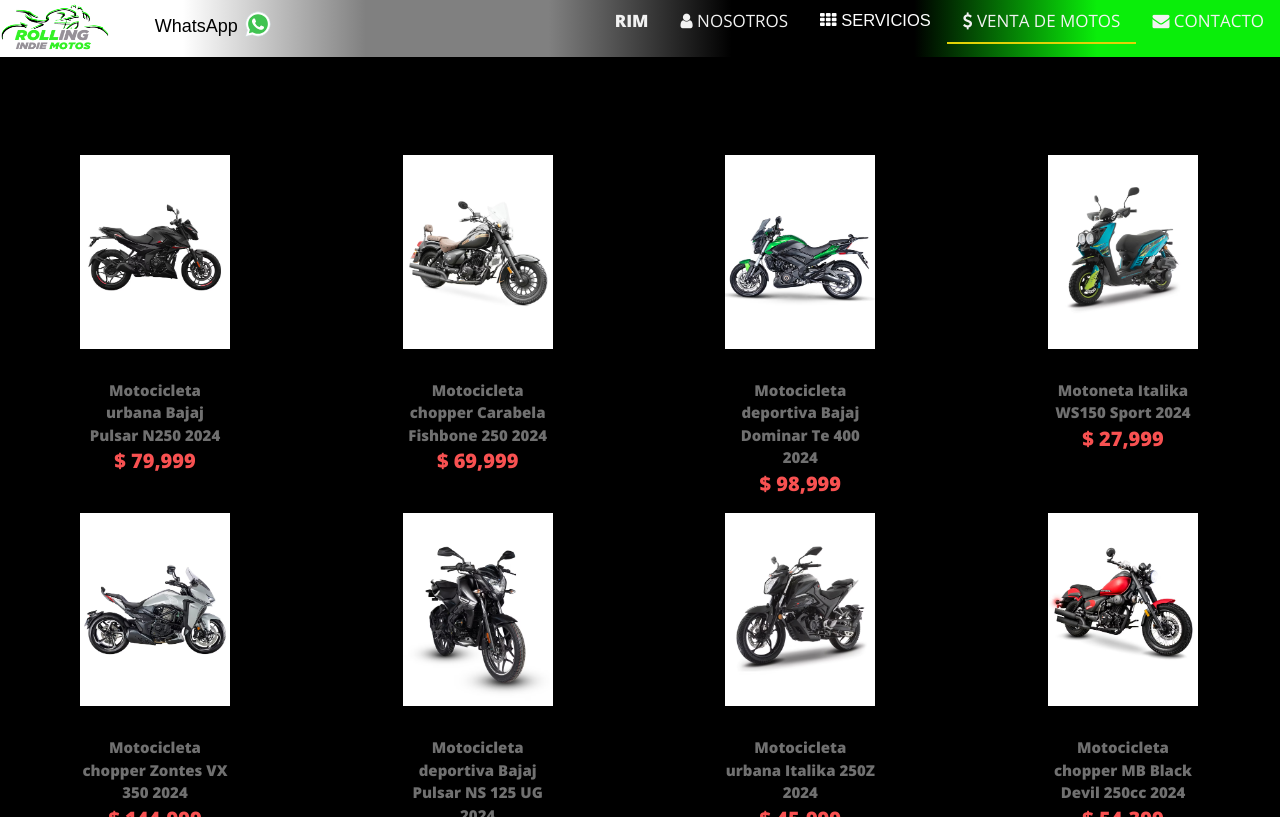
Repository: UVMCoyoacan/eq03_sitio1
Page: 4.0 venta-de-motos.html
The author's editor kept a copy of each file at every save. The page is drawn from the files as they stood at one save, then again after the next save.
The browser window is 1280 px wide. The pictures show the part of the page from y = 0 to 817 px (the page is 1337 px tall before and 1237 px after).
A picture or video elsewhere on the page could not be fetched, so the positions and the page height are approximate.

Above is the page before, as saved 2024-04-12 19:53:28.

### 4.0 venta-de-motos.html
<!DOCTYPE html>
<html>
<head>
<title>Rolling Indie Motors/ Venta de motos</title>
<meta charset="UTF-8">
<meta name="viewport" content="width=device-width, initial-scale=1">
<link rel="stylesheet" href="https://www.w3schools.com/w3css/4/w3.css">
<link rel="stylesheet" href="https://fonts.googleapis.com/css?family=Raleway">
<link rel="stylesheet" href="https://cdnjs.cloudflare.com/ajax/libs/font-awesome/4.7.0/css/font-awesome.min.css">
<link rel="stylesheet" href="https://fonts.googleapis.com/icon?family=Material+Icons">
<link rel="stylesheet" href="Estilos/4.0 ventademotos.css">
<link href="Ims/logo.png" rel="shortcut icon">
  <!--////////////////////////////////// Mandar a llamr el css ////////////////////////////////-->
<link rel="stylesheet" href="Estilos/0.0 terminos-y-condiciones.css">


</head>
<body>
  <br><br>

<!-----------CONTENIDO VENTA DE MOTOS--------------------------------------------------------------------------->

<section class="contenido">
  <div class="mostrador" id="mostrador">
      <div class="fila">
          <div class="item" onclick="cargar(this)">
              <div class="contenedor-foto">
                  <img src="Ims/ventademotos/1.avif" alt="">
              </div>
              <p class="descripcion">Motocicleta urbana Bajaj Pulsar N250 2024</p>
              <span class="precio">$ 79,999</span>
          </div>
          <div class="item" onclick="cargar(this)">
              <div class="contenedor-foto">
                  <img src="Ims/ventademotos/2.avif" alt="">
              </div>
              <p class="descripcion" id>Motocicleta chopper Carabela Fishbone 250 2024 </p>
              <span class="precio">$ 69,999</span>
          </div>
          <div class="item" onclick="cargar(this)">
              <div class="contenedor-foto">
                  <img src="Ims/ventademotos/3.avif" alt="">
              </div>
              <p class="descripcion">Motocicleta deportiva Bajaj Dominar Te 400 2024</p>
              <span class="precio">$ 98,999</span>
          </div>
          <div class="item" onclick="cargar(this)">
              <div class="contenedor-foto">
                  <img src="Ims/ventademotos/4.avif" alt="">
              </div>
              <p class="descripcion">Motoneta Italika WS150 Sport 2024</p>
              <span class="precio">$ 27,999</span>
          </div>
      </div>
    <br>
    <br>
    <br>
      <div class="fila">
          <div class="item" onclick="cargar(this)">
              <div class="contenedor-foto">
                  <img src="Ims/ventademotos/5.avif" alt="">
              </div>
              <p class="descripcion">Motocicleta chopper Zontes VX 350 2024</p>
              <span class="precio">$ 144,999</span>
          </div>
          <div class="item" onclick="cargar(this)">
              <div class="contenedor-foto">
                  <img src="Ims/ventademotos/6.avif" alt="">
              </div>
              <p class="descripcion">Motocicleta deportiva Bajaj Pulsar NS 125 UG 2024</p>
              <span class="precio">$ 47,999</span>
          </div>
          <div class="item" onclick="cargar(this)">
              <div class="contenedor-foto">
                  <img src="Ims/ventademotos/7.avif" alt="">
              </div>
              <p class="descripcion">Motocicleta urbana Italika 250Z 2024</p>
              <span class="precio">$ 45,999</span>
          </div>
          <div class="item" onclick="cargar(this)">
              <div class="contenedor-foto">
                  <img src="Ims/ventademotos/8.avif" alt="">
              </div>
              <p class="descripcion">Motocicleta chopper MB Black Devil 250cc 2024</p>
              <span class="precio">$ 54,399</span>
          </div>
      </div>
  </div>
  <!-- CONTENEDOR DEL ITEM SELECCIONADO -->
  <div class="seleccion" id="seleccion">
      <div class="cerrar" onclick="cerrar()">
          &#x2715
      </div>
      <div class="info">
          <img src="img/1.png" alt="" id="img">
          <h2 id="modelo">NIKE MODEL 1</h2>
          <p id="descripcion">Descripción Modelo 1</p>
          <span class="precio" id="precio">$ 130</span>
          <div class="fila">
          </div>
      </div>
  </div>
</section>

<script src="js/4.0 ventademotos.js"></script>

<!-- Navbar (sit on top) -->
<div class="w3-top">
  <div class="w3-bar w3-card navbar estil-letr" id="myNavbar">
    <img src="Ims/logo.png" class="img-logo">
    <button class="button2" onclick="redirigir()">
      WhatsApp
      <svg viewBox="0 0 48 48" y="0px" x="0px" xmlns="http://www.w3.org/2000/svg">
      <path d="M4.868,43.303l2.694-9.835C5.9,30.59,5.026,27.324,5.027,23.979C5.032,13.514,13.548,5,24.014,5c5.079,0.002,9.845,1.979,13.43,5.566c3.584,3.588,5.558,8.356,5.556,13.428c-0.004,10.465-8.522,18.98-18.986,18.98c-0.001,0,0,0,0,0h-0.008c-3.177-0.001-6.3-0.798-9.073-2.311L4.868,43.303z" fill="#fff"></path><path d="M4.868,43.803c-0.132,0-0.26-0.052-0.355-0.148c-0.125-0.127-0.174-0.312-0.127-0.483l2.639-9.636c-1.636-2.906-2.499-6.206-2.497-9.556C4.532,13.238,13.273,4.5,24.014,4.5c5.21,0.002,10.105,2.031,13.784,5.713c3.679,3.683,5.704,8.577,5.702,13.781c-0.004,10.741-8.746,19.48-19.486,19.48c-3.189-0.001-6.344-0.788-9.144-2.277l-9.875,2.589C4.953,43.798,4.911,43.803,4.868,43.803z" fill="#fff"></path><path d="M24.014,5c5.079,0.002,9.845,1.979,13.43,5.566c3.584,3.588,5.558,8.356,5.556,13.428c-0.004,10.465-8.522,18.98-18.986,18.98h-0.008c-3.177-0.001-6.3-0.798-9.073-2.311L4.868,43.303l2.694-9.835C5.9,30.59,5.026,27.324,5.027,23.979C5.032,13.514,13.548,5,24.014,5 M24.014,42.974C24.014,42.974,24.014,42.974,24.014,42.974C24.014,42.974,24.014,42.974,24.014,42.974 M24.014,42.974C24.014,42.974,24.014,42.974,24.014,42.974C24.014,42.974,24.014,42.974,24.014,42.974 M24.014,4C24.014,4,24.014,4,24.014,4C12.998,4,4.032,12.962,4.027,23.979c-0.001,3.367,0.849,6.685,2.461,9.622l-2.585,9.439c-0.094,0.345,0.002,0.713,0.254,0.967c0.19,0.192,0.447,0.297,0.711,0.297c0.085,0,0.17-0.011,0.254-0.033l9.687-2.54c2.828,1.468,5.998,2.243,9.197,2.244c11.024,0,19.99-8.963,19.995-19.98c0.002-5.339-2.075-10.359-5.848-14.135C34.378,6.083,29.357,4.002,24.014,4L24.014,4z" fill="#cfd8dc"></path><path d="M35.176,12.832c-2.98-2.982-6.941-4.625-11.157-4.626c-8.704,0-15.783,7.076-15.787,15.774c-0.001,2.981,0.833,5.883,2.413,8.396l0.376,0.597l-1.595,5.821l5.973-1.566l0.577,0.342c2.422,1.438,5.2,2.198,8.032,2.199h0.006c8.698,0,15.777-7.077,15.78-15.776C39.795,19.778,38.156,15.814,35.176,12.832z" fill="#40c351"></path><path clip-rule="evenodd" d="M19.268,16.045c-0.355-0.79-0.729-0.806-1.068-0.82c-0.277-0.012-0.593-0.011-0.909-0.011c-0.316,0-0.83,0.119-1.265,0.594c-0.435,0.475-1.661,1.622-1.661,3.956c0,2.334,1.7,4.59,1.937,4.906c0.237,0.316,3.282,5.259,8.104,7.161c4.007,1.58,4.823,1.266,5.693,1.187c0.87-0.079,2.807-1.147,3.202-2.255c0.395-1.108,0.395-2.057,0.277-2.255c-0.119-0.198-0.435-0.316-0.909-0.554s-2.807-1.385-3.242-1.543c-0.435-0.158-0.751-0.237-1.068,0.238c-0.316,0.474-1.225,1.543-1.502,1.859c-0.277,0.317-0.554,0.357-1.028,0.119c-0.474-0.238-2.002-0.738-3.815-2.354c-1.41-1.257-2.362-2.81-2.639-3.285c-0.277-0.474-0.03-0.731,0.208-0.968c0.213-0.213,0.474-0.554,0.712-0.831c0.237-0.277,0.316-0.475,0.474-0.791c0.158-0.317,0.079-0.594-0.04-0.831C20.612,19.329,19.69,16.983,19.268,16.045z" fill-rule="evenodd" fill="#fff"></path>
      </svg>
    </button>
    <!--////////////////////////////////// MENU PAG AMPLIADA ////////////////////////////////-->
    <!-- Right-sided navbar links -->
    <div class="w3-right w3-hide-small">
      <a href="1.0 pag.prin.html"
      class="w3-bar-item w3-button"><b>RIM</b></a>
      <a href="2.0 nosotros.html" class="w3-bar-item w3-button"><i class="fa fa-user"></i> NOSOTROS</a>
      <div class="w3-dropdown-hover">
        <button class="w3-button" style="color: white;font-family:sans-serif;font-size: 16.5px;"><i class="fa fa-th"></i> SERVICIOS</button>
        <div class="w3-dropdown-content w3-bar-block w3-border">
          <a href="3.0 servi-mantenimiento.html" class="w3-bar-item w3-button secc-uno"> MANTENIMIENTO</a>
          <a href="3.1 servi-scanner.html" class="w3-bar-item w3-button secc-dos"> SCANNER</a>
          <a href="3.2 servi-refacciones.html" class="w3-bar-item w3-button secc-tres"> REFACCIONES</a>
        </div>
      </div>
      <a href="4.0 venta-de-motos.html" class="w3-bar-item w3-button" style="border-bottom: 2px solid rgb(226, 211, 6)"><i class="fa fa-usd"></i> VENTA DE MOTOS</a>
      <a href="5.0 contacto.html" class="w3-bar-item w3-button"><i class="fa fa-envelope"></i> CONTACTO</a>
    </div>
  <!--////////////////////////////////// ACOPLE A PANTALLAS PEQUES ////////////////////////////////-->
    <!-- Hide right-floated links on small screens and replace them with a menu icon -->
    <a href="javascript:void(0)" class="w3-bar-item w3-button w3-right w3-hide-large w3-hide-medium"
    onclick="w3_open()">
      <i class="fa fa-bars"></i>
    </a>
  </div>
</div>
  <!--////////////////////////////////// MENU CEL ////////////////////////////////-->
<!-- Sidebar on small screens when clicking the menu icon -->
<nav class="w3-sidebar w3-bar-block w3-black w3-card w3-animate-left w3-hide-medium w3-hide-large"
style="display:none" id="mySidebar">
  <a href="javascript:void(0)" onclick="w3_close()" class="w3-bar-item w3-button w3-large w3-padding-16">Cerrar ×</a>
  <a href="1.0 pag.prin.html" onclick="w3_close()" class="w3-bar-item w3-button">RIM</a>
  <a href="2.0 nosotros.html" onclick="w3_close()" class="w3-bar-item w3-button">NOSOTROS</a>
  <div class="w3-dropdown-hover">
    <button class="w3-button" style="color: white;font-family:sans-serif;font-size: 16.5px;">SERVICIOS</button>
    <div class="w3-dropdown-content w3-bar-block w3-border">
      <a href="3.0 servi-mantenimiento.html" onclick="w3_close()" class="w3-bar-item w3-button secc-uno"> MANTENIMIENTO </a>
      <a href="3.1 servi-scanner.html" onclick="w3_close()" class="w3-bar-item w3-button secc-dos"> SCANNER</a>
      <a href="3.2 servi-refacciones.html" onclick="w3_close()" class="w3-bar-item w3-button secc-tres"> REFACCIONES</a>
    </div>
  </div>
  <a href="4.0 venta-de-motos.html" onclick="w3_close()" class="w3-bar-item w3-button" style="border-bottom: 2px solid rgb(226, 211, 6)">VENTA DE MOTOS</a>
  <a href="5.0 contacto.html" onclick="w3_close()" class="w3-bar-item w3-button">CONTACTO</a>
</nav>
<!--////////////////////////////////// INFO DE LA PAG ////////////////////////////////-->
<br><br><br>
<!-----------------------------------------------------ZONA DEL PIE DE PAGINA------------------------------------------->
<!-- Footer -->
<footer class="w3-center fondo-footer w3-padding-16">
    <br>
  <div class="w3-half">
    <img src="Ims/logo.png" class="img-footer margen-dere">
  </div>
  <p class="margen-izq">Siguenos en nuestras redes:</p>
  <div class="w3-xlarge w3-section margen-izq">
    <a href=""><i class="fa fa-facebook-official w3-hover-opacity"></i></a>
    <a href=""><i class="fa fa-instagram w3-hover-opacity"></i></a>
    <i class="fa fa-snapchat w3-hover-opacity"></i>
    <i class="fa fa-pinterest-p w3-hover-opacity"></i>
    <i class="fa fa-twitter w3-hover-opacity"></i>
    <i class="fa fa-linkedin w3-hover-opacity"></i>
    <img src="Ims/" alt="">
  </div>
  <p>Diseñada por <a href="mailto:zeus_ab@outlook.com" title="W3.CSS" target="_blank" class="w3-hover-text-green">Equipo 3</a></p>
  <ul>
    <a href="0.1 aviso-de-privacidad.html">Aviso de Privacidad</a>
    |
    <a href="0.0 terminos-y-condiciones.html">Terminos y Condiciones</a>
    |
    <a href="mailto:rindiemotos@gmail.com">Correo Electronico</a>
  </ul>
  <p>© 2024 Rolling Motors | Todos los derechos reservados | Ciencias 67, Escandón I Secc, Miguel Hidalgo, 11800 Ciudad de México, CDMX</p>

</footer>

<script src="js/0.0 terminos-y-condiciones.js"></script>
</body>
</html>

### Estilos/4.0 ventademotos.css
@import url('https://fonts.googleapis.com/css2?family=Open+Sans:wght@300;400;800&display=swap');
*{
    margin: 0;
    padding: 0;
    box-sizing: border-box;
    font-family: 'Open Sans';
}
.contenido{
    max-width: 1200px;
    width: 100%;
    margin: 50px auto;
    display: flex;
}
.mostrador{
    width: 100%;
    transition: .5s ease;
}
.mostrador .fila{
    width: 100%;
    display: flex;
    justify-content: space-between;
    margin-bottom: 40px;
}

.mostrador .fila .item{
    max-width: 210px;
    padding: 30px;
    height: 250px;
    /*border: 2px solid red;*/
    text-align: center;
    margin: 0 10px;
    cursor: pointer;
    border-radius: 5px;
    transition: .3s;
}
.mostrador .fila .item:hover{
    background-color: #e6e6e6;
}
.mostrador .fila .item img{
    width: 100%;
    margin: 30px 0;
}
.mostrador .fila .item .descripcion{
    color: #707070;
    font-weight: bold;
}
.mostrador .fila .item .precio{
    color: #f85151;
    font-weight: bold;
    font-size: 20px;
}
.seleccion{
    transition: .1s ease;
    opacity: 0;
    width: 0%;
    border: 1px solid #ccc;
    position: relative;
    display: flex;
    flex-direction: column;
    justify-content: center;
    overflow: hidden;
}
.cerrar{
    position: absolute;
    right: 0;
    top: 20px;
    right: 20px;
    cursor: pointer;
}

.info{
    padding: 20px;
}
.info img{
    display: block;
    margin: 30px auto;
    width: 80%;
}
.info h2{
    color: #707070;
    margin-bottom: 10px;
}
.info p{
    font-size: 14px;
    color: #707070;
    margin-bottom: 10px;
}
.info .precio{
    font-size: 30px;
    font-weight: bold;
    color: #f85151;
    margin-bottom: 10px;
    display: block;
}
.info .fila{
    display: flex;
    align-items: flex-end;
}
.info .fila label{
    display: block;
    margin-bottom: 10px;
}
.info .fila select{
    width: 100px;
    font-size: 18px;
    padding: 6px;
    margin-right: 30px;
}

### Estilos/0.0 terminos-y-condiciones.css
/*/////////////////////////////   cuerpo de la pag   /////////////////////////////////////*/
body{
    background-color: black;
  }
  /*/////////////////////////////   imagen del logo      /////////////////////////////////////*/
  .img-logo{
      width: 110px !important;
      height: 50px !important;
  }
  .fondo-img{
    background-color:white;
  }
  /*////////////////////////////   Zona del menu       ////////////////////////////////////////////////*/
  .navbar {
      overflow: hidden;
      background: linear-gradient(to right,white,white,grey,grey,black,black,#0aee0a,#0aee0a) !important;
      top: 0%;
      height: 57px;
      width: 100%;

    }

    .navbar a {
      float: right;
      display: block;
      color: #f2f2f2;
      text-align: center;
      padding: 14px 16px;
      text-decoration: none;
      font-size: 17px;
    }

    .navbar a:hover {
      background: #000000;
      color: rgb(255, 255, 255) ;
    }

    .secc-uno{
      color: rgb(1, 255, 1) !important;
    }
    .secc-dos{
      background-color: rgb(1, 255, 1);
      color: black !important;
    }
    .secc-tres{
      background-color: black;
      color: white !important;
    }
    /*///////////////////////////////////////    Estilo de letra y tamaño     ////////*/
    .estil-letr{
      font-family:sans-serif;
    }
    .tam-let{
      font-size: 15px !important;
    }
  /*///////////////////////////////////////    boton whats app ////////*/
  .button2 {
    height: 50px;
    display: inline-block;
    transition: all 0.2s ease-in;
    position: relative;
    overflow: hidden;
    z-index: 1;
    color: black;
    padding: 0.7em 3.3em 0.7em 1.7em;
    font-size: 18px;
    border-radius: 0.5em;
    background:transparent;
    margin-left: 10px;
    border: none #e8e8e8;
    box-shadow: 6px 6px 12px transparent,
               -6px -6px 12px transparent;
  }

  .button2 > svg {
    height: 30px;
    position: absolute;
    padding: 0px 5px;
    margin-top: -4px;
  }

  .button2:active {
    color: #666;
    box-shadow: inset 4px 4px 12px #c5c5c5,
               inset -4px -4px 12px #ffffff;
  }

  .button2:before {
    content: "";
    position: absolute;
    left: 50%;
    transform: translateX(-50%) scaleY(1) scaleX(1.25);
    top: 100%;
    width: 140%;
    height: 180%;
    background-color: rgba(0, 0, 0, 0.05);
    border-radius: 50%;
    display: block;
    transition: all 0.5s 0.1s cubic-bezier(0.55, 0, 0.1, 1);
    z-index: -1;
  }

  .button2:after {
    content: "";
    position: absolute;
    left: 55%;
    transform: translateX(-50%) scaleY(1) scaleX(1.45);
    top: 180%;
    width: 160%;
    height: 190%;
    background-color: #009087;
    border-radius: 50%;
    display: block;
    transition: all 0.5s 0.1s cubic-bezier(0.55, 0, 0.1, 1);
    z-index: -1;
  }

  .button2:hover {
    color: #ffffff;
    border: 1px solid #009087;
  }

  .button2:hover:before {
    top: -35%;
    background-color: #009087;
    transform: translateX(-50%) scaleY(1.3) scaleX(0.8);
  }

  .button2:hover:after {
    top: -45%;
    background-color: #009087;
    transform: translateX(-50%) scaleY(1.3) scaleX(0.8);
  }
  /*/////////////////////////////////////////   Edicion de servicios        ///////////////////////////////////////////*/
  .carta{

    background-color: white;
    border: 1px solid white;
    box-shadow: 6px 6px 25px #09ff00de;
    font-family:'Times New Roman', Times, serif;
    font-size: 18px;
  }

  /*/////////////////////////////////////////   Edicion de cartas        ///////////////////////////////////////////*/
  .trab{
    font-size: 45px;
    text-align: center;
    font-family:Georgia, 'Times New Roman', Times, serif;
  }
  .fond{
    background-color: white;
  }

  /*////////////////////////////////////////////////BOTON DE REPARAR/////////////////////////////*/
  .button-rep {
    --green: #1BFD9C;
    font-size: 15px;
    padding: 0.7em 2.7em;
    letter-spacing: 0.06em;
    position: relative;
    font-family: inherit;
    border-radius: 0.6em;
    overflow: hidden;
    transition: all 0.3s;
    line-height: 1.4em;
    border: 2px solid var(--green);
    background: linear-gradient(to right, rgba(27, 253, 156, 0.1) 1%, transparent 40%,transparent 60% , rgba(27, 253, 156, 0.1) 100%);
    color: var(--green);
    box-shadow: inset 0 0 10px rgba(27, 253, 156, 0.4), 0 0 9px 3px rgba(27, 253, 156, 0.1);
  }
  .quit-lin{
    text-decoration: none !important;
    font-size: 18px;
    font-family:'Times New Roman', Times, serif;
  }
  .button-rep:hover {
    color: #ffffff;
    box-shadow: inset 0 0 10px rgba(27, 253, 156, 0.6), 0 0 9px 3px rgba(27, 253, 156, 0.2);
  }

  .button-rep:before {
    content: "";
    position: absolute;
    left: -4em;
    width: 4em;
    height: 100%;
    top: 0;
    transition: transform .4s ease-in-out;
    background: linear-gradient(to right, transparent 1%, rgba(27, 253, 156, 0.1) 40%,rgba(27, 253, 156, 0.1) 60% , transparent 100%);
  }

  .button-rep:hover:before {
    transform: translateX(15em);
  }
/*********************************************ZONA DEL FOOTER*********************************************/
  .img-footer{
    width: 140px;
    height: 70px;
  }
  .fondo-footer{
    background-color: rgb(17, 17, 17);
  }
  footer{
    color:  rgba(73, 255, 1, 0.747);
  }
  .margen-dere{
    margin-right: 400px;
  }
  .banner{
    width: auto;
    height: 200px;
  }
  body{
    color: white;
  }

/**************************************BOTON DE DESCARGAR******************************************/
.botao {
  width: 125px;
  height: 45px;
  border-radius: 20px;
  border: none;
  box-shadow: 1px 1px rgba(116, 214, 3, 0.37);
  padding: 5px 10px;
  background: rgb(105, 231, 2);
  background: linear-gradient(160deg, rgb(124, 126, 123) 0%, rgb(128, 128, 128) 5%, rgb(128, 128, 128) 19%, rgb(78, 241, 2) 57%, rgb(2, 2, 2) 71%);
  color: white;
  font-family: Roboto, sans-serif;
  font-weight: 505;
  font-size: 16px;
  line-height: 1;
  cursor: pointer;
  filter: drop-shadow(0 0 10px rgba(112, 243, 4, 0.568));
  transition: .5s linear;
}

.botao .mysvg {
  display: none;
}

.botao:hover {
  width: 50px;
  height: 50px;
  border-radius: 50%;
  transition: .5s linear;
}

.botao:hover .texto {
  display: none;
}

.botao:hover .mysvg {
  display: inline;
}

.botao:hover::before {
  content: '';
  position: absolute;
  top: -3px;
  left: -3px;
  width: 100%;
  height: 100%;
  border: 3.5px solid transparent;
  border-top: 3.5px solid gold;
  border-right: 3.5px solid gold;
  border-radius: 50%;
  animation: animateC 2s linear infinite;
}

@keyframes animateC {
  0% {
    transform: rotate(0deg);
  }

  100% {
    transform: rotate(360deg);
  }
}

### js/4.0 ventademotos.js
let mostrador = document.getElementById("mostrador");
let seleccion = document.getElementById("seleccion");
let imgSeleccionada = document.getElementById("img");
let modeloSeleccionado = document.getElementById("modelo");
let descripSeleccionada = document.getElementById("descripcion");
let precioSeleccionado = document.getElementById("precio");

function cargar(item){
    quitarBordes();
    mostrador.style.width = "60%";
    seleccion.style.width = "40%";
    seleccion.style.opacity = "1";
    item.style.border = "2px solid red";

    imgSeleccionada.src = item.getElementsByTagName("img")[0].src;

    modeloSeleccionado.innerHTML =  item.getElementsByTagName("p")[0].innerHTML;

    descripSeleccionada.innerHTML = "Descripción del modelo";

    precioSeleccionado.innerHTML =  item.getElementsByTagName("span")[0].innerHTML;


}
function cerrar(){
    mostrador.style.width = "100%";
    seleccion.style.width = "0%";
    seleccion.style.opacity = "0";
    quitarBordes();
}
function quitarBordes(){
    var items = document.getElementsByClassName("item");
    for(i=0;i <items.length; i++){
        items[i].style.border = "none";
    }
}

### js/0.0 terminos-y-condiciones.js
// DESCARGAR AVISO DE PRIVACIDAD
function descargarterminosycondiciones() {
    // Redirige al usuario a 'pagina-destino.html'
    window.location.href = 'Docs/prueba.pdf';
  }

function descargarterminosycondiciones() {
    // Abre 'pagina-destino.html' en una nueva pestaña
    window.open('Docs/prueba.pdf', '_blank');
}


// Toggle between showing and hiding the sidebar when clicking the menu icon
var mySidebar = document.getElementById("mySidebar");

function w3_open() {
  if (mySidebar.style.display === 'block') {
    mySidebar.style.display = 'none';
  } else {
    mySidebar.style.display = 'block';
  }
}

// Close the sidebar with the close button
function w3_close() {
    mySidebar.style.display = "none";
}
// REDIRIGIR A NUMERO DE WHATS APP
function redirigir() {
  // Redirigir a la página deseada
  window.location.href = 'https://wa.me/5513045263';
}

After the next save:
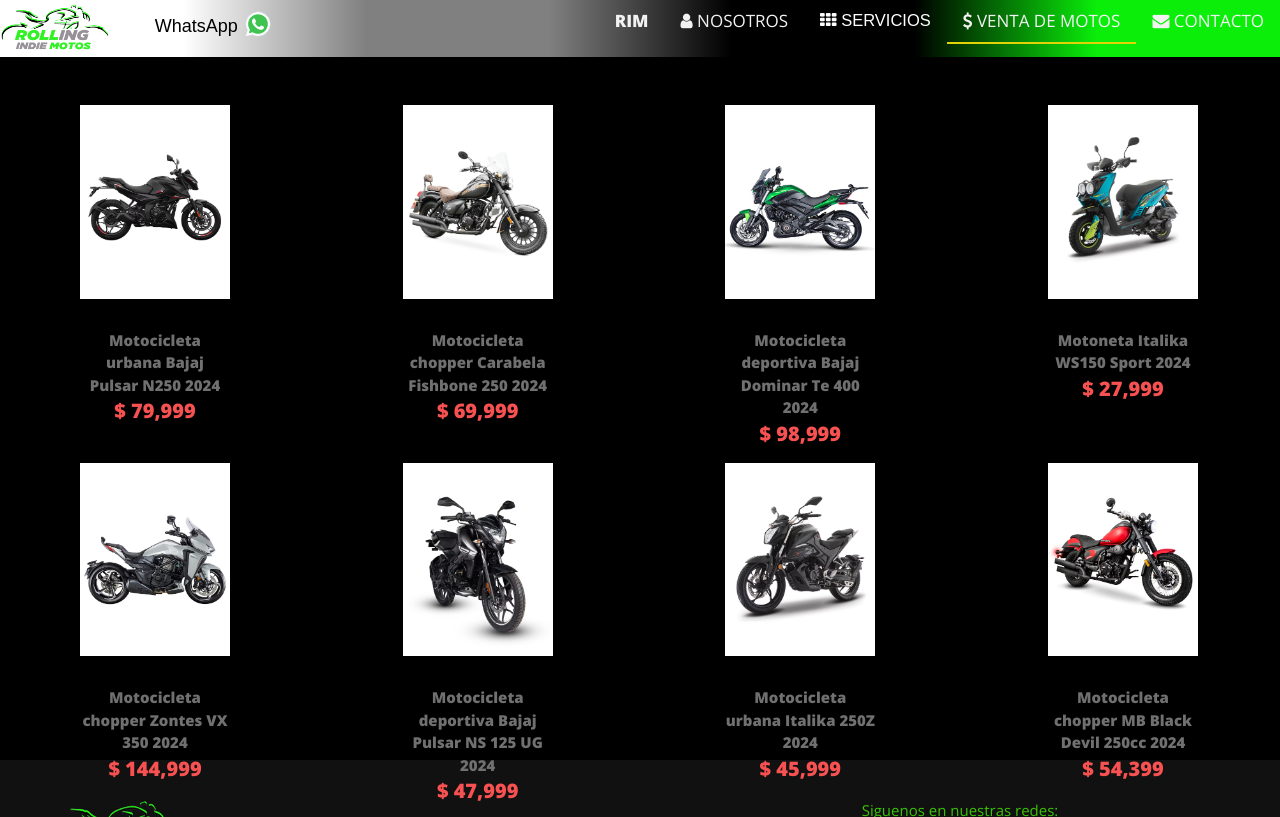
Saved 66 s later.
--- a/Estilos/4.0 ventademotos.css
+++ b/Estilos/4.0 ventademotos.css
@@ -8,7 +8,7 @@
 .contenido{
     max-width: 1200px;
     width: 100%;
-    margin: 50px auto;
+    margin: 0px auto;
     display: flex;
 }
 .mostrador{
@@ -30,7 +30,7 @@
     text-align: center;
     margin: 0 10px;
     cursor: pointer;
-    border-radius: 5px;
+    border-radius: 10px;
     transition: .3s;
 }
 .mostrador .fila .item:hover{
